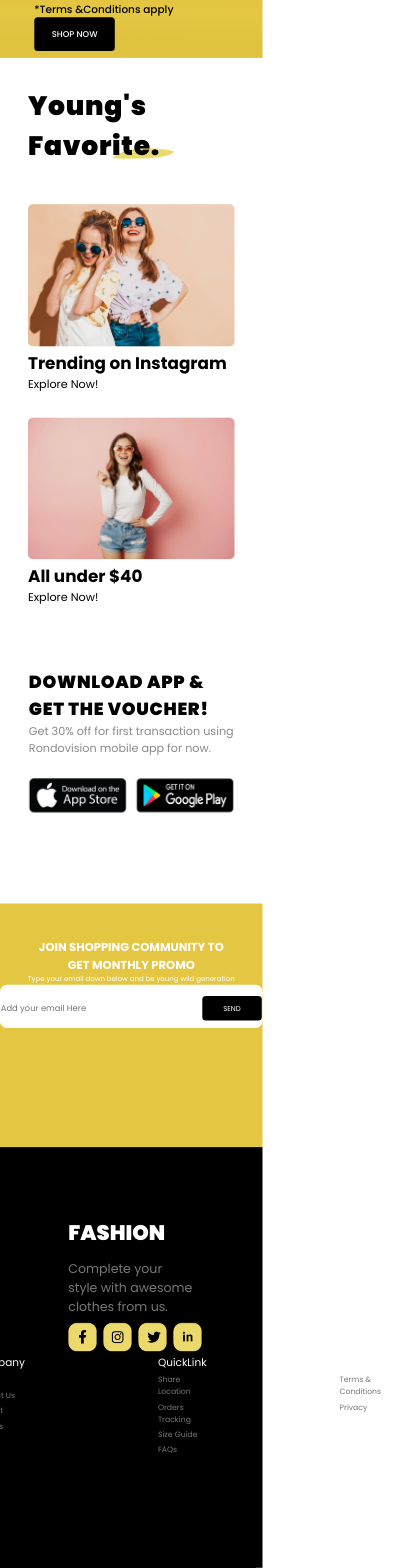
Repository: isaacCodes1/FashionWebsite
Page: index.html
An editor plug-in stored every save of this project. The page is shown before and after the next save, followed by the edit.
The browser window is 375 px wide. The page is 564 px wide, so the pictures cover 564 px, including what lies to the right of the window. The pictures show the part of the page from y = 3324 to 5564 px (the page is 5564 px tall before and 5504 px after), at 70% of full size.

Above is the page before, as saved 2024-03-18 12:08:48.

### index.html
<!DOCTYPE html>
<html lang="en">
  <head>
    <meta charset="UTF-8" />
    <meta name="viewport" content="width=device-width, initial-scale=1.0" />
    <title>Shopping Site Assignment</title>
    <link rel="stylesheet" href="style.css" />
    <link rel="stylesheet" href="/Media Query.css">
  </head>
  <body>
    <header>
      <nav>
        <!--------- NavItems ------->
        <div class="image">
          <a href="#"><img src="/Assets/Vector (3).png" />FASHION</a>
        </div>
        <div class="navItems">
          <ul>
            <li><a href="#">CATALOGUE</a></li>
            <li><a href="#">FASHION</a></li>
            <li><a href="#">FAVORITE</a></li>
            <li><a href="#">LIFESTYLE</a></li>
          </ul>
          <button>SIGN UP</button>
        </div>
      </nav>
    </header>
    <main>
      <!------- FirstPage ------>
      <section class="firstPageCont">
        <div class="FirstPage">
          <div class="txtCont">
            <h1>
              <span class="spn1">LET'S <br /></span>EXPLORE <br />
              <span class="spn2">UNIQUE <br /></span>CLOTHES.
            </h1>
            <p>Live for Influential and Innovative fashion!</p>
            <div class="txtBtn">
              <img src="/Assets/Vector 9.png" alt="" />
              <button class="btns">Shop Now</button>
            </div>
          </div>
          <div class="imgCont">
            <div class="star1"><img src="/Assets/Star 11.png" alt="" /></div>
            <div class="star2"><img src="/Assets/Star 11.png" alt="" /></div>
            <div class="star3"><img src="/Assets/Star 11.png" alt="" /></div>
            <div class="star4"><img src="/Assets/Star 11.png" alt="" /></div>
            <img src="/Assets/girl.png" alt="" />
          </div>
        </div>
      </section>
      <!------ Logos ------->
      <section class="firstPageFooter">
        <div class="logoCont">
          <img src="/Assets/HM.png" alt="" />
          <img src="/Assets/Obey.png" alt="" />
          <img src="/Assets/Shopify.png" alt="" />
          <img src="/Assets/Lacoste.png" alt="" />
          <img src="/Assets/Levis.png" alt="" />
          <img src="/Assets/Amazon.png" alt="" />
        </div>
      </section>
      <section class="nextPageCont">
        <div class="nextPageText">
          <h1>NEW ARRIVALS</h1>
          <img src="/Assets/Vector 9.png" alt="" />
        </div>
        <div class="prettyImages">
          <div class="Images">
            <div class="prettyImg">
              <img src="/Assets/image1.png" alt="" />
            </div>
            <div class="prettyText">
              <div class="txtIcon">
                <h1>Hoodies & Sweatshirt</h1>
                <p>Explore Now!</p>
              </div>
              <div class="icons"></div>
            </div>
          </div>
          <div class="Images">
            <div class="prettyImg">
              <img src="/Assets/image2.png" alt="" />
            </div>
            <div class="prettyText">
              <div class="txtIcon">
                <h1>Coats & Parkas</h1>
                <p>Explore Now!</p>
              </div>
              <div class="icons"></div>
            </div>
          </div>
          <div class="Images">
            <div class="prettyImg">
              <img src="/Assets/image3.png" alt="" />
            </div>
            <div class="prettyText">
              <div class="txtIcon">
                <h1>Tees & T-Shirt</h1>
                <p>Explore Now!</p>
              </div>
              <div class="icons"></div>
            </div>
          </div>
        </div>
      </section>
      <section class="payDay">
        <div class="genDiv">
          <div class="yellowImg">
            <img src="/Assets/image 12.png" alt="" />
          </div>
          <div class="yellowTxt">
            <h1><span class="spn3">PAYDAY</span>SALE NOW</h1>
            <p>
              Spend minimal $100 get 30% off <br />voucher code for your next
              purchase
            </p>
            <p><strong>1 June -10 June 2021</strong></p>
            <p class="para">*Terms &Conditions apply</p>
            <button class="btn">SHOP NOW</button>
          </div>
        </div>
      </section>
      <!--------   Images   ------->
      <section class="nextPageCont">
        <div class="nextPageText">
          <h1>Young's Favorite.</h1>
          <img class="vector" src="/Assets/Vector 9.png" alt="" />
        </div>
        <div class="prettyImages">
          <div class="Images">
            <div class="prettyImg">
              <img src="/Assets/Girls.png" alt="" />
            </div>
            <div class="prettyText">
              <div class="txtIcon">
                <h1>Trending on Instagram</h1>
                <p>Explore Now!</p>
              </div>
              <div class="icons"></div>
            </div>
          </div>

          <div class="Images">
            <div class="prettyImg">
              <img src="/Assets/Rectangle 49.png" alt="" />
            </div>
            <div class="prettyText">
              <div class="txtIcon">
                <h1>All under $40</h1>
                <p>Explore Now!</p>
              </div>
              <div class="icons"></div>
            </div>
          </div>
        </div>
      </section>
      <!---- Apps----->
      <section class="nextPageCont2">
        <div class="nextPageText2">
          <h1>DOWNLOAD APP & <br />GET THE VOUCHER!</h1>
          <p>
            Get 30% off for first transaction using <br />Rondovision mobile app
            for now.
          </p>
          <div class="store">
            <a href="https://www.apple.com/store"
              ><img src="/Assets/Apple Store.png" alt=""
            /></a>
            <a href="https://play.google.com/store/games?hl=en&gl=US&pli=1"
              ><img src="/Assets/Google Play.png" alt=""
            /></a>
          </div>
        </div>
        <div class="Images2">
          <div class="prettyImg2">
            <img src="/Assets/Mobile app.png" alt="" />
            <div class="circle1"><img src="/Assets/circle.png" alt="" /></div>
            <div class="circley"><img src="/Assets/circle y.png" alt="" /></div>
            <div class="circleye">
              <img src="/Assets/circle y.png" alt="" />
            </div>
            <div class="circle2"><img src="/Assets/circle.png" alt="" /></div>
            <div class="bigC"><img src="/Assets/back1.png" alt="" /></div>
            <div class="largeC">
              <img src="/Assets/lagrescircle.png" alt="" />
            </div>
            <div class="largeC1">
              <img src="/Assets/lagrescircle.png" alt="" />
            </div>
          </div>
        </div>
        <div class="icons"></div>
      </section>
      <!------ Footer ------>
      <section class="footer">
        <div class="footerDiv">
          <div class="h1footer">
            <h1>
              JOIN SHOPPING COMMUNITY TO <br />
              GET MONTHLY PROMO
            </h1>
          </div>
          <div class="pFooter">
            <p>Type your email down below and be young wild generation</p>
            <div class="input">
              <input
                class="input"
                type="text"
                placeholder="Add your email Here"
              />
              <a href="https://mail.google.com/mail/u/0/#inbox">SEND</a>
            </div>
          </div>
        </div>
      </section>
      <section class="foot">
        <div class="footDiv">
          <div class="footTxt">
            <h1>FASHION</h1>
            <p>
              Complete your style with awesome <br />
              clothes from us.
            </p>
            <div class="socialIcons">
              <div class="icon">
                <a
                  href="https://www.facebook.com/profile.php?id=61551880766580"
                >
                  <img src="/Assets/Facebook.png" alt=""
                /></a>
              </div>
              <div class="icon">
                <a href="https://www.instagram.com/"
                  ><img src="/Assets/Instagram.png" alt=""
                /></a>
              </div>
              <div class="icon">
                <a href="#"><img src="/Assets/Twitter.png" alt="" /></a>
              </div>
              <div class="icon">
                <a href="#"><img src="/Assets/Linkedn.png" alt="" /></a>
              </div>
            </div>
          </div>

          <div class="socialIcons">
            <div class="links">
              <div class="links1"><a href="">Company</a></div>
              <div class="links2"><a href="">About</a></div>
              <div class="links2"><a href="">Contact Us</a></div>
              <div class="links2"><a href="">Support</a></div>
              <div class="links2"><a href="">Careers</a></div>
            </div>
            <div class="links">
              <div class="links1"><a href="">QuickLink</a></div>
              <div class="links2"><a href="">Share Location</a></div>
              <div class="links2"><a href="">Orders Tracking</a></div>
              <div class="links2"><a href="">Size Guide</a></div>
              <div class="links2"><a href="">FAQs</a></div>
            </div>
            <div class="links">
              <div class="links1"><a href="">Legal</a></div>
              <div class="links2"><a href="">Terms & Conditions</a></div>
              <div class="links2"><a href="">Privacy</a></div>
            </div>
          </div>
        </div>
      </section>
    </main>
  </body>
</html>

### style.css
@import url("https://fonts.googleapis.com/css2?family=Poppins:ital,wght@0,100;0,200;0,300;0,400;0,500;0,600;0,700;0,800;0,900;1,100;1,200;1,300;1,400;1,500;1,600;1,700;1,800;1,900&display=swap");
* {
  margin: 0;
  padding: 0;
  box-sizing: border-box;
  font-family: "Poppins", sans-serif;
}
nav {
  display: flex;
  align-items: center;
  justify-content: space-between;
  width: 100%;
  padding: 20px 40px;
}
.image a {
  display: flex;
  align-items: center;
  gap: 6px;
  text-decoration: none;
  color: #000;
  font-size: 16px;
  font-weight: 900;
}
.image a img {
  width: 16%;
}
.navItems {
  display: flex;
  gap: 30px;
  align-items: center;
}
.navItems ul {
  display: flex;
  gap: 30px;
  list-style: none;
}
.navItems ul li a {
  text-decoration: none;
  color: #000;
  font-size: 16px;
  font-weight: 500;
}
.navItems ul li:hover {
  transform: scale(1.05);
  transition: 1s ease-in-out;
}
.navItems button {
  border: 0;
  background: #000;
  padding: 10px 20px;
  color: #fff;
  border-radius: 5px;
  font-size: 13px;
}
.navItems button:hover {
  transform: scale(1.05);
  transition: 1s ease-in-out;
  color: #000;
  background: rgb(137, 136, 136);
}
/* firstPageCtn */
.firstPageCont {
  padding: 20px 40px;
}
.FirstPage {
  display: flex;
  flex: 1;
  width: 100%;
  height: 90vh;
  padding: 40px 10px 0px 10px;
  border-radius: 30px;
  background: #f4f6f5;
}
.txtCont {
  display: flex;
  flex: 0.5;
  flex-direction: column;
  gap: 10px;
  padding-left: 40px;
}

.txtCont h1 {
  font-size: 64px;
  font-weight: 900;
  width: 50%;
  line-height: 75px;
}

.txtCont p {
  font-size: 20px;
}
.txtBtn {
  display: flex;
  align-items: center;
  width: 80%;
  margin-top: 10px;
  gap: 10px;
}
.btns {
  border: 0;
  background: #000;
  padding: 10px 20px;
  color: #fff;
  border-radius: 5px;
  font-size: 19px;
}
.btns:hover {
  transform: scale(1.05);
  transition: 1s ease-in-out;
  color: #000;
  background: rgb(137, 136, 136);
}
.txtBtn img {
  width: 100px;
}
.imgCont {
  flex: 0.5;
  display: flex;
  position: relative;
}
.star1 {
  position: absolute;
  top: 5px;
  left: 10px;
}
.star1 img {
  width: 30px;
}
.star2 {
  position: absolute;
  top: 20px;
  left: 450px;
}
.star2 img {
  width: 30px;
}
.star3 {
  position: absolute;
  bottom: 10px;
  left: 70px;
}
.star3 img {
  width: 30px;
}
.star4 {
  position: absolute;
  bottom: 20px;
  left: 400px;
}
.star4 img {
  width: 30px;
}
.spn1 {
  display: flex;
  align-items: center;
  background-image: url(/Assets/rectangle1.png);
  background-size: cover;
  background-repeat: no-repeat;
  width: 100%;
  padding-left: 20px;
}
.spn2 {
  background-image: url(/Assets/Rectangle2.png);
  background-size: cover;
  background-repeat: no-repeat;
  padding-right: 50px;
  padding-left: 20px;
}
/* next Page */
.firstPageFooter {
  background: #ebd96b;
  padding: 20px 30px;
  display: flex;
  align-items: center;
  justify-content: center;
}
.logoCont {
  display: flex;
  justify-content: center;
  gap: 50px;
}
.logoCont img {
  width: 7%;
}
.nextPageCont {
  margin-top: 20px;
  padding: 20px 40px;
  display: flex;
  flex-direction: column;
  gap: 55px;
  margin-bottom: 50px;
}
.nextPageText {
  position: relative;
}
.nextPageText h1 {
  font-size: 38px;
  letter-spacing: 1px;
  font-weight: 900;
}
.nextPageText img {
  position: absolute;
  bottom: 5px;
  left: 200px;
  width: 10%;
  z-index: -1;
}
.prettyImages {
  display: flex;
  gap: 35px;
}

.prettyImg img {
  width: 100%;
}
.payDay {
  background: linear-gradient(
    1.32deg,
    #e0c340 0.13%,
    #dfc23e 3.97%,
    #e1c441 7.2%,
    #e3c743 10.13%,
    #e4c542 12.98%,
    #e6c744 15.99%,
    #e7c845 19.52%,
    #e5c643 23.96%,
    #e6c945 30.43%,
    #e3c743 36.49%,
    #e9ca48 42.49%,
    #edce49 49.35%,
    #f0d44c 55.42%,
    #f4d84f 61.43%,
    #f6da52 65.74%,
    #f7db53 72.23%,
    #f9dd55 77.43%,
    #f9df56 83.84%,
    #fae157 91.52%,
    #f9df56 97.87%
  );
}
.yellowTxt {
  flex-direction: column;
  margin-bottom: 10px;
}
.yellowTxt h1 {
  font-size: 65px;
  font-weight: 900;
}
.yellowTxt p {
  font-size: 22px;
  font-weight: 500;
}

.yellowImg img {
  flex: 0.5;
  display: flex;
  width: 600px;
  position: relative;
}

.genDiv {
  display: flex;
  align-items: center;
}
.btn {
  border: 0;
  background: #000;
  padding: 15px 25px;
  color: #fff;
  border-radius: 5px;
  font-size: 18px;
  font-weight: 500;
}
.btn:hover {
  transform: scale(1.05);
  transition: 1s ease-in-out;
  color: #000;
  background: rgb(137, 136, 136);
}
.spn3 {
  display: flex;
  background-image: url(/Assets/rectangle1.png);
  background-size: cover;
  background-repeat: no-repeat;
  width: 300px;
}
.nxtSect {
  margin-top: 20px;
  padding: 20px 40px;
  display: flex;
  flex-direction: column;
  gap: 50px;
  margin-bottom: 50px;
}
.nxtSectText {
  position: relative;
}
.nxtSectText h1 {
  font-size: 38px;
  letter-spacing: 1px;
  font-weight: 900;
}
.nxtSectText img {
  position: absolute;
  bottom: 6px;
  left: 250px;
  width: 10%;
  z-index: -1;
}
.assetText {
  display: flex;
  flex-direction: column;
}

/* storeSection */
.nextPageCont1 {
  margin-top: 20px;
  padding: 20px 40px;
  display: flex;
  flex-direction: column;
  gap: 50px;
  margin-bottom: 50px;
}
.nextPageText1 {
  position: relative;
  margin-left: 70px;
}
.nextPageText1 h1 {
  font-size: 38px;
  letter-spacing: 1px;
  font-weight: 900;
}
.prettyImages1 {
  display: flex;
  gap: 35px;
}
.prettyImg1 img {
  width: 40%;
  cursor: pointer;
}
.Images2 {
  display: flex;
}
.prettyImg2 {
  position: relative;
}
.prettyImg2 img {
  width: 70;
  height: 500px;
  margin-left: 70px;
}
.nextPageCont2 {
  margin-top: 20px;
  padding: 20px 40px;
  display: flex;
  gap: 50px;
  margin-bottom: 50px;
  display: flex;
  justify-content: space-between;
  align-items: center;
}
.nextPageText2 {
  display: flex;
  flex-direction: column;
  margin-left: 50px;
}
.nextPageText2 p {
  margin-bottom: 30px;
  color: #898a89;
}
.nextPageText2 h1 {
  font-size: 30px;
  letter-spacing: 1px;
  font-weight: 900;
}
.nextPageText2 img {
  width: 30%;
  cursor: pointer;
  display: flex;
}
.store {
  display: flex;
  justify-content: space-between;

}
.store a img{
   width: 140px;
   gap: 50px;
}
.circle1 {
  position: absolute;
  right: 350px;
  bottom: 500px;
}
.circle1 img {
  width: 15px;
  height: 15px;
  display: flex;
}
.circley {
  position: absolute;
  right: 0;
  bottom: 470px;
}
.circley img {
  width: 30px;
  height: 30px;
}
.circleye {
  position: absolute;
  right: 400px;
  bottom: 60px;
}
.circleye img {
  width: 17px;
  height: 17px;
}
.circle2 {
  position: absolute;
  right: 0;
  bottom: 100px;
}
.circle2 img {
  width: 10px;
  height: 10px;
}
.elipses {
  position: absolute;
}
.bigC {
  position: absolute;
  right: -12px;
  bottom: 100px;
  z-index: -1;
}
.bigC img {
  width: 300px;
  height: 300px;
  background: transparent;
}

.largeC {
  position: absolute;
  right: -41px;
  bottom: 70px;
  z-index: -1;
}
.largeC img {
  width: 360px;
  height: 360px;
  /* background: transparent; */
}
.largeC1 {
  position: absolute;
  right: -70px;
  bottom: 50px;
  z-index: -1;
}
.largeC1 img {
  width: 420px;
  height: 400px;
}
.footerDiv {
  background: #e5c643;
  padding-bottom: 170px;
}
.h1footer {
  color: #fff;
  text-align: center;
  padding-top: 50px;
  font-size: 30px;
  font-weight: 1000;
}
.pFooter {
  display: flex;
  flex-direction: column;
  justify-content: center;
  align-items: center;
  text-align: center;
  color: #fff;
  font-size: 30px;
}

.input {
  background: #fff;
  width: 40%;
  padding: 5px 0px;
  border-radius: 10px;
}
.input input {
  background: none;
  border: 0;
  padding: 13px 0px 13px 0px;
  width: 76%;
  font-size: 17px;
  outline: 0;
}
.input a {
  font-size: 20px;
  text-decoration: 0;
  color: #fff;
  background: #000;
  padding: 10px 30px;
  border-radius: 5px;
}
.input a:hover{
  transform: scale(1.05);
  transition: 1s ease-in-out;
  color: #000;
  background: rgb(137, 136, 136);
}

.footDiv {
  display: flex;
  background: #000;

  place-items: center;
  padding: 100px;
}

.footTxt {
  display: flex;
  flex-direction: column;
  gap: 15px;
}
.footTxt h1 {
  color: #fff;
  font-size: 30px;
  font-weight: 900;
}
.footTxt p {
  color: #777;
  font-size: 18px;
}
.socialIcons {
  display: flex;
  gap: 20px;
}

.icon {
  background: #ebd96b;
  width: 30px;
  display: flex;
  align-items: center;
  justify-content: center;
  height: 30px;
  border-radius: 8px;
}
.icon img {
  display: flex;
  align-items: center;
  width: 40px;
  place-items: center;
}
.links {
  margin-left: 150px;
  padding-right: 20px;
  margin-bottom: 50px;
}
.links1 a{
  color: #fff;
  font-size: 18px;
  text-decoration: none;
}
.links2 a{
  text-decoration: none;
  color: #777;
  font-size: 11px;
}
.links1 {
  display: flex;
  flex-direction: column;
  color: #fff;
  font-size: 18px;
  margin-top: 0px;
}
.links2 {
  color: #777;
  font-size: 11px;
  padding-top: 5px;
}

### Media Query.css
@media (max-width: 488px) {
  nav {
    flex-direction: column;
    gap: 10px;
  }
  .navItems {
    flex-direction: column;
    gap: 10px;
  }
  .navItems ul {
    gap: 15px;
  }
  .navItems ul li a {
    font-size: 13px;
  }
  .firstPageCont {
    padding: 0px;
  }
  .FirstPage {
    flex-direction: column;
    height: auto;
    padding: 0px;
  }

  .txtCont h1 {
    font-size: 50px;
    width: 100%;
  }
  .txtCont p {
    font-size: 15px;
  }
  .btns {
    font-size: 12px;
  }
  .imgCont {
    flex-direction: column;
    width: 100%;
    display: flex;
  }
  .logoCont {
    display: flex;
    justify-content: center;
    gap: 20px;
  }
  .logoCont img {
    width: 10%;
  }
  .prettyImages {
    display: flex;
    flex-direction: column;
  }
  .nextPageText img {
    position: absolute;
    bottom: 10px;
    left: 120px;
    width: 30%;
    z-index: -1;
  }
  .cardsContainer {
    display: flex;
    flex-direction: column;
    gap: 20px;
  }
  .genDiv {
    display: flex;
    flex-direction: column;
  }
  .yellowImg img {
    width: 100%;
  }
  .yellowTxt h1 {
    font-size: 40px;
  }
  .spn3 {
    width: 200px;
  }
  .yellowTxt p {
    font-size: 15px;
  }
  .btn {
    font-size: 12px;
  }
  .nextPageCont2 {
    display: flex;
    flex-direction: column;
    margin-bottom: 10px;
  }
  .nextPageText2 {
    margin-left: 0;
  }
  .nextPageText2 h1 {
    font-size: 25px;
  }
  .prettyImg2 {
    display: none;
  }
  .footerDiv {
    margin-left: 0;
  }
  .h1footer {
    font-size: 11px;
    text-align: 20px;
  }
  .pFooter {
    font-size: 10px;
  }
  .input {
    width: 100%;
  }
  .input::placeholder {
    font-size: 12px;
  }
  .input a {
    font-size: 10px;
  }
  .footDiv {
    display: flex;
    flex-direction: column;
  }
  .socialIcons{
    margin-bottom: 10px;
  }
  .icon a {
    width: 100%;
  }
  .links1 a {
    font-size: 15px;
  }
}

After the next save:
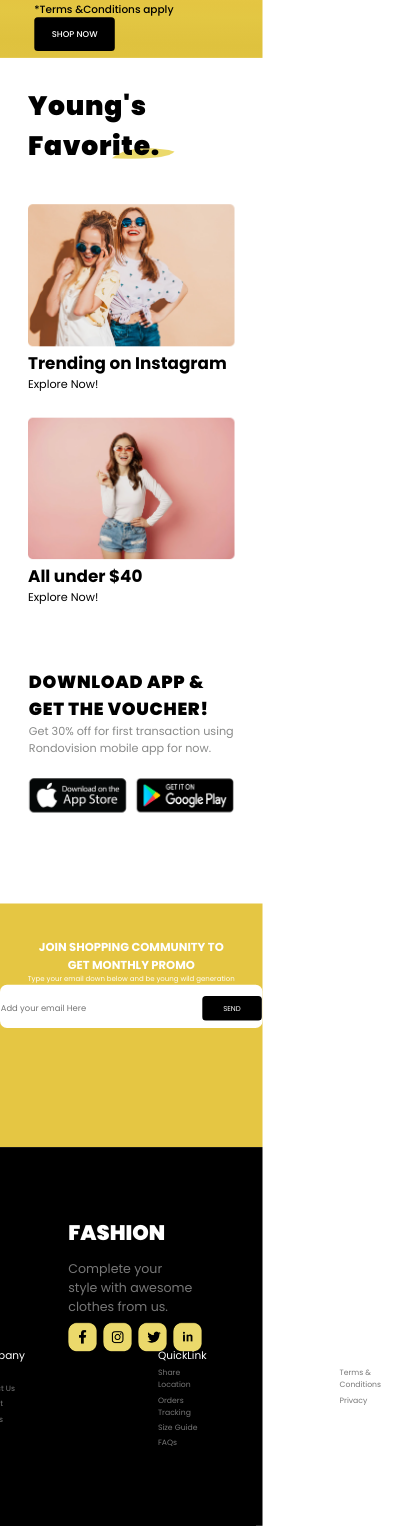
Saved 18 s later.
--- a/Media Query.css
+++ b/Media Query.css
@@ -117,7 +117,7 @@
     display: flex;
     flex-direction: column;
   }
-  .socialIcons{
+  .links{
     margin-bottom: 10px;
   }
   .icon a {
